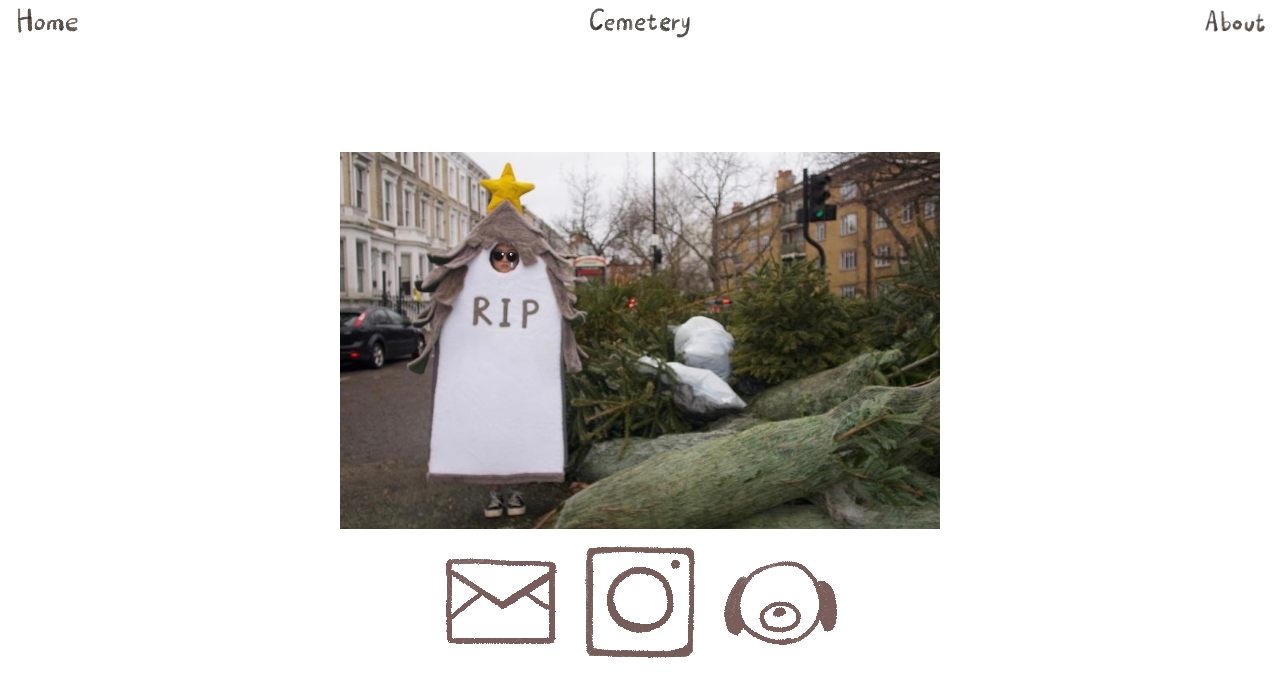
Repository: FuugaMo/ByeByeChristmasTree.github.io
Page: about.html
The author's editor kept a copy of each file at every save. The page is drawn from the files as they stood at one save, then again after the next save.
The browser window is 1280 px wide. The pictures show the whole page.

Above is the page before, as saved 2023-08-01 21:51:36.

### about.html
<!DOCTYPE html>
<html lang="en">

<head>
    <meta charset="utf-8" />
    <link
        href="about.css"
        rel="stylesheet"
    />

</head>

<body>
    <!-- 顶部导航栏 -->
    <nav>
        <div
            class="home"
            style="width:60px; height:50px"
        >
            <img
                src="./Image/Home.png"
                width="60px"
            >
            <input
                type="button"
                onclick='location.href=("index.html")'
            />

        </div>

        <div
            class="cemetery"
            style="width: 100px;"
        >
            <img
                src="./Image/cemetery.png"
                class="cemetery"
                width="100px"
            >
            <input
                type="button"
                onclick='location.href=("cemetery.html")'
            />
        </div>

        <div
            class="about"
            style="width: 60px;"
        >
            <img
                src="./Image/about.png"
                width="60px"
            >
            <input
                type="button"
                onclick='location.href=("about.html")'
            />
        </div>

    </nav>

    <div id="content">
        <img src="./Image/About1.jpeg">
    </div>

    <div class="link">
        <a href="https://bagegoo@126.com">
            <img
                src="./Image/Mail.jpg"
                alt="Mail Icon"
            >
        </a>
        <a href="https://www.instagram.com/bagegoo/">
            <img
                src="./Image/Ins.jpg"
                alt="Instagram Icon"
            >
        </a>
        <a href="https://bagegoo.com">
            <img
                src="./Image/Dog.jpg"
                alt="Website Icon"
            >
        </a>
    </div>

</body>

### about.css
/* 新增样式 */
#content {
    /* 居中 */
    margin: 0 auto;
    width: 600px;
}

#content img {
    width: 600px;
}

#content .text {
    flex: 1;
    padding-left: 20px;
}


/* 导航栏 */
.home {
    position: relative;
    display: -webkit-box;
    -webkit-box-pack: start;
    -webkit-box-align: start;
    -webkit-box-orient: start;
    text-align: center;
    margin-left: 10px;
    /* opacity: 0; */
}

.home input {
    cursor: url("光标.png"), auto;
    position: absolute;
    width: 60px;
    height: 25px;
    border: 0px;
    left: 0px;
    top: 0px;
    /* opacity: 0.5; */
    /* background-color: black; */
    background-color: transparent;
}

.cemetery {
    position: relative;
    margin: 0 auto;
    top: -25px;
}

.cemetery input {
    cursor: url("光标.png"), auto;
    position: relative;
    width: 100px;
    height: 60px;
    border: 0;
    top: -85px;
    /* opacity: 0.5; */
    /* background-color: black; */
    background-color: transparent;
}

.about {
    position: absolute;
    right: 15px;
    top: 10px;
}

p1,
p2,
p3 {
    font-family: "Gill Sans", sans-serif;
    font-size: large;
    color: gray;
}

.about input {
    cursor: url("光标.png"), auto;
    position: absolute;
    width: 60px;
    height: 25px;
    border: 0px;
    right: 1px;
    /* opacity: 0.5; */
    /* background-color: black; */
    background-color: transparent;

}

/* 导航栏结束 */

html {
    cursor: url("光标.png"), auto;
}

.link {
    display: flex;
    justify-content: center;
    align-items: center;
}

.link a {
    margin: 10px;
    /* 可根据需要调整间距 */
}

After the next save:
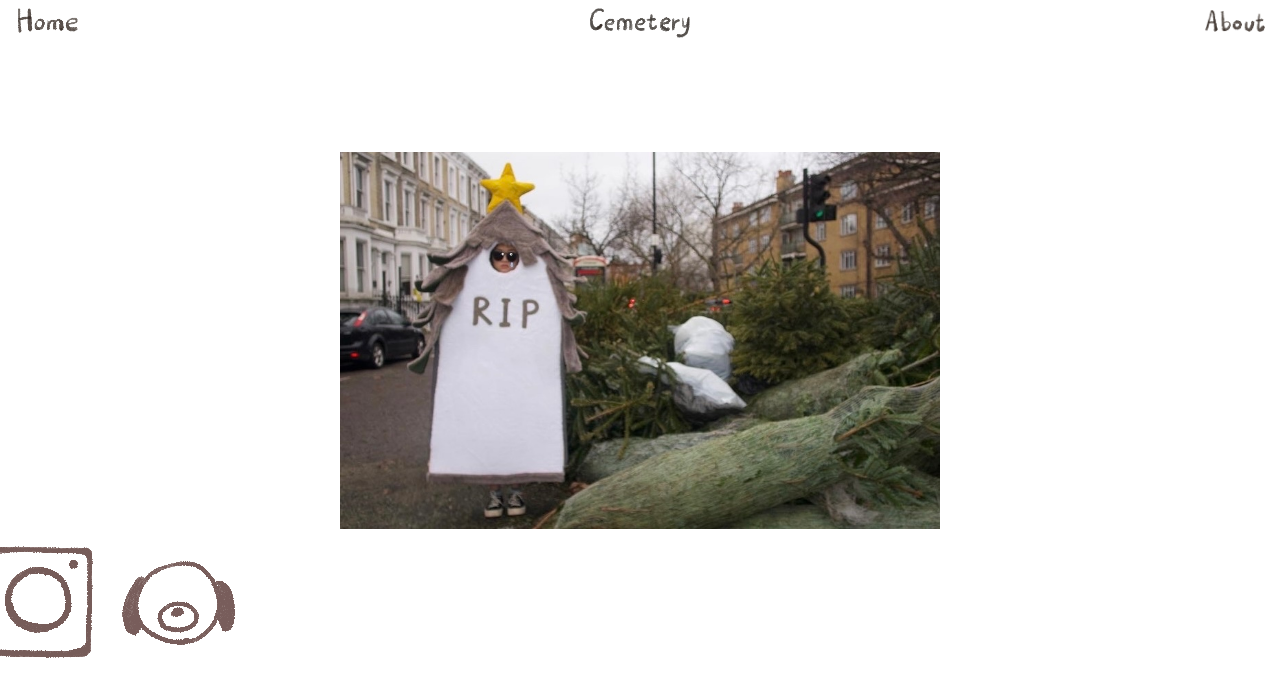
Saved 22 s later.
--- a/about.css
+++ b/about.css
@@ -95,6 +95,7 @@ html {
     display: flex;
     justify-content: center;
     align-items: center;
+    width: 60px;
 }
 
 .link a {
